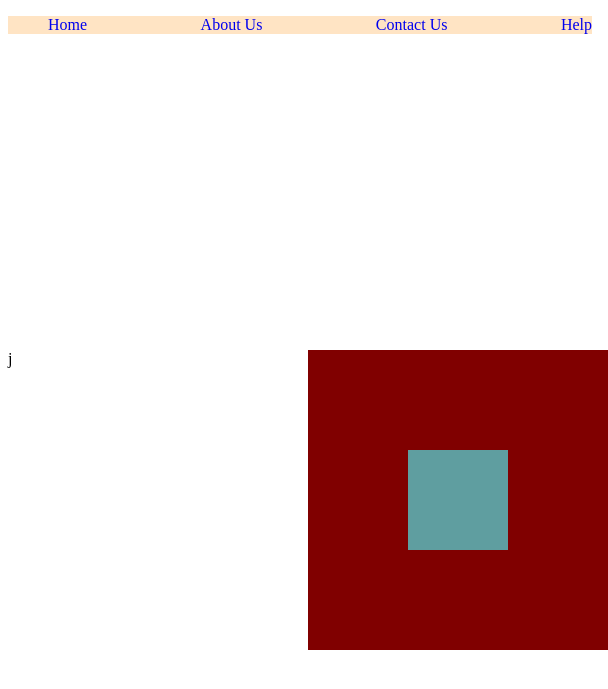
Repository: rakeshkolpepatil/CSS_Apana_College
Page: index.html
These files come from the project's save history. The page is drawn as it stood at one moment and after the next save; the edit follows.
The browser window is 600 px wide. The page is 608 px wide, so the pictures cover 608 px, including what lies to the right of the window. The pictures show the whole page.

Above is the page before, as saved 2023-06-24 23:25:30.

### index.html
<!DOCTYPE html>
<html lang="en">
<head>
  <meta charset="UTF-8">
  <meta name="viewport" content="width=device-width, initial-scale=1.0">
  <title>Practice Set 6</title>
  <link rel="stylesheet" href="styleEight.css"/>
</head>
<body>
  <div>
    <ul class="navbar">
      <li> <a class="litem" href="#"> Home </a> </li>
      <li> <a class="litem" href="#"> About Us </a> </li>
      <li> <a class="litem" href="#"> Contact Us </a> </li>
      <li> <a class="litem" href="#"> Help </a> </li>
    </ul>
  </div>

  <div id="outer">
    <div id="inner">

    </div>
  </div>

  <div id="med">
    j
  </div>

</body>
</html>

### styleEight.css
ul{
  list-style-type: none;
}

.navbar{
  display: flex;
  justify-content: space-between;
  background-color:bisque
}
.litem{
  text-decoration: none;
  /* background-color:aqua; */
  /* display: inline; */
}

#outer{
  height: 300px;
  width: 300px;
  background-color:maroon;
  display: flex;
  justify-content: center;
  align-items:center;
  position: relative;
  left: 300px;
  top: 300px;
}
#inner{
  height: 100px;
  width: 100px;
  background-color:cadetblue;
}

After the next save:
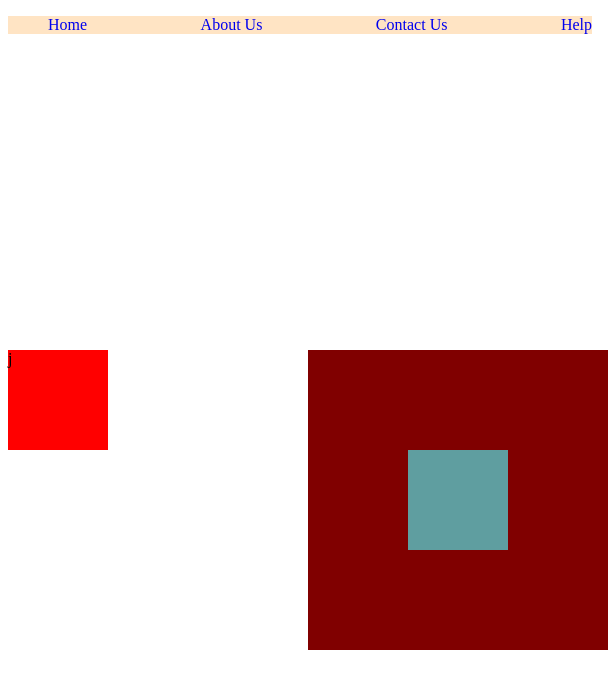
Saved 28 s later.
--- a/styleEight.css
+++ b/styleEight.css
@@ -24,8 +24,20 @@ ul{
   left: 300px;
   top: 300px;
 }
+
 #inner{
   height: 100px;
   width: 100px;
   background-color:cadetblue;
 }
+#med{
+  width: 100px;
+  height: 100px;
+  background-color:chocolate
+}
+
+@media(max-width: 700px){
+  #med{
+    background-color: red
+  }
+}
